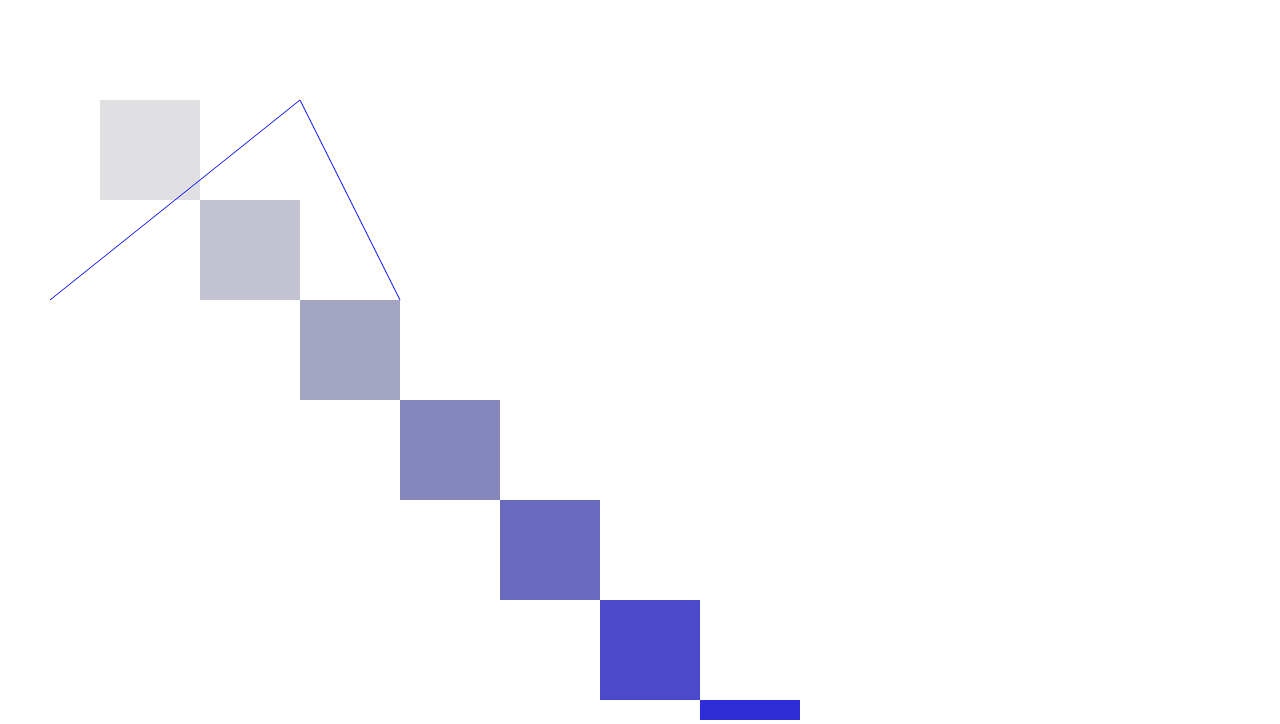
Repository: MikeTroianello/canvas-testing
Page: index.html
The author's editor kept a copy of each file at every save. The page is drawn from the files as they stood at one save, then again after the next save.
The browser window is 1280 px wide. The pictures show the whole page.

Above is the page before, as saved 2019-06-04 22:32:05.

After the next save:
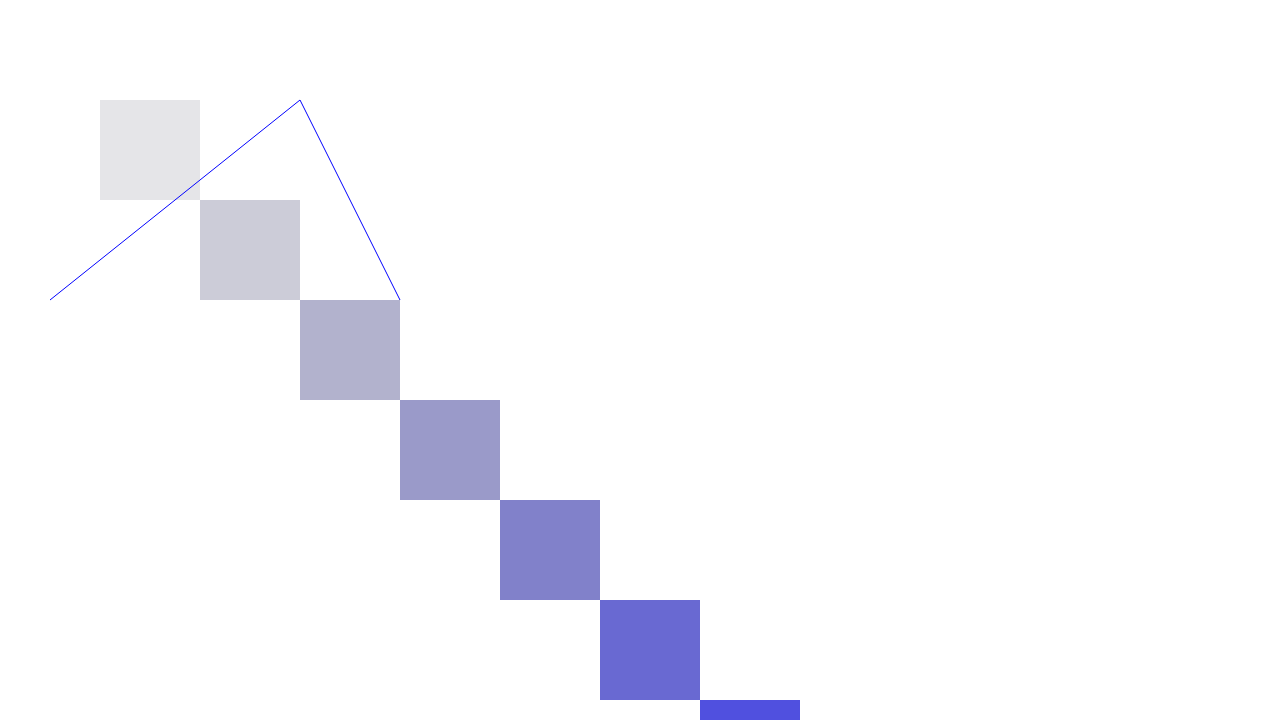
Saved 13 s later.
--- a/canvas.js
+++ b/canvas.js
@@ -7,7 +7,7 @@ canvas.height = window.innerHeight;
 var ctx = canvas.getContext('2d');
 
 for (let i = 0; i < canvas.width; i++) {
-  ctx.fillStyle = `rgba(${i}, ${i}, ${i * 30}, ${i * 0.12})`;
+  ctx.fillStyle = `rgba(${i}, ${i}, ${i * 30}, ${i * 0.1})`;
   ctx.fillRect(i * 100, i * 100, 100, 100);
 }
 
